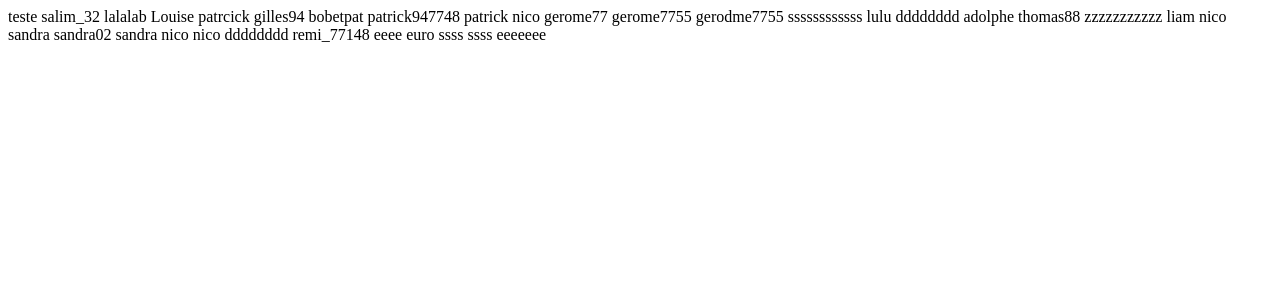
Repository: remi77130/forum
Page: http://localhost/path/
An editor plug-in stored every save of this project. The page is shown before and after the next save, followed by the edit.
The browser window is 1280 px wide. The pictures show the whole page.
The page is run by PHP 8.4 with error messages shown; the project is at /var/www/html/. The database holds what the project's SQL file puts in it.

Above is the page before, as saved 2022-06-27 14:00:00.

### index.php
<!-- Page affichage des membres -->


<?php
session_start(); //pour recup dans la bdd

require('database.php');


?>

<?php

$requser = "SELECT * FROM membres";

$requete = $bdd->query($requser);

// RECUPERE LES DONEES

$articles = $requete->fetchAll();


?>

<section>
<?php foreach($articles as $articles) :?>

    <span><?php echo $articles['pseudo'] ?></span>
    <?php endforeach; ?>
</section>

<?php

### database.php
<?php
try{
    $bdd = new PDO('mysql:host=localhost;dbname=forum;charset=utf8;', 'root', '');
}
catch(Exception $e){

    die('Une erreur à été trouvée : ' . $e->getMessage());
}

### forum.sql (the tables this page reads)
CREATE TABLE `membres` (
  `id` int(11) NOT NULL,
  `pseudo` varchar(255) NOT NULL,
  `mail` varchar(255) NOT NULL,
  `avatar` varchar(255) NOT NULL,
  `mdp` text NOT NULL,
  `age` int(11) NOT NULL,
  `sexe` text NOT NULL,
  `description_profil` text NOT NULL,
  `astrologie` varchar(255) NOT NULL,
  `image_membre` varchar(255) NOT NULL,
  `confirmKey` varchar(255) NOT NULL,
  `confirme` int(1) NOT NULL
) ENGINE=InnoDB DEFAULT CHARSET=utf8mb4;

INSERT INTO `membres` (`id`, `pseudo`, `mail`, `avatar`, `mdp`, `age`, `sexe`, `description_profil`, `astrologie`, `image_membre`, `confirmKey`, `confirme`) VALUES
(53, 'teste ', 'cdnids@gmail.com', '53.jpg', '8cb2237d0679ca88db6464eac60da96345513964', 26, '', ' \r\n                \r\n                \r\n                Bonjour à tous ! :)\r\n                \r\n                         ', 'Bélier', '', '', 0),
(54, 'salim_32', 'fffzzzzfffff@gmail.com', '54.jpg', '8cb2237d0679ca88db6464eac60da96345513964', 32, '', ' Chance est le parcours de coaching personnalisé pour se réinventer professionnellement. En 12 semaines, 100% en ligne, nous vous accompagnons méthodiquement dans la définition et l’aboutissement d’un projet solide aligné avec vos envies et vos besoins.\r\n                 ', 'Bélier', '', '', 0),
(58, 'lalalab', '555555@gmail.com', '', '8cb2237d0679ca88db6464eac60da96345513964', 36, 'Homme', '', '', '', '', 0),
(59, 'Louise ', '55555445@gmail.com', '59.jpg', '8cb2237d0679ca88db6464eac60da96345513964', 26, 'Homme', ' \r\n               Noun Project features the most diverse collection of icons and stock photos ever. Download SVG and PNG. Browse over 3 million art-quality icons and photos.  ', 'Bélier', '', '', 0),
(82, 'patrcick', '155454@gmail.com', '', '8cb2237d0679ca88db6464eac60da96345513964', 89, 'Homme', '', '', '', '', 0),
(83, 'gilles94', 'lelle@gmail.com', '', '8cb2237d0679ca88db6464eac60da96345513964', 56, 'Homme', '', '', '', '', 0),
(90, 'bobetpat', 'bob@gmail.com', '', '8cb2237d0679ca88db6464eac60da96345513964', 23, 'Homme', ' \r\n                 ', 'Bélier', '', '', 0),
(91, 'patrick947748', 'patrick@gmail.com', '91.jpg', '8cb2237d0679ca88db6464eac60da96345513964', 26, 'Homme', ' \r\n                \r\n                \r\n              teste de description       ', 'Bélier', '', '', 0),
(92, 'patrick', 'patrick02@gmail.com', '', '8cb2237d0679ca88db6464eac60da96345513964', 26, 'Homme', '', '', '', '', 0),
(93, 'nico', 'niconico@gmail.com', '', '8cb2237d0679ca88db6464eac60da96345513964', 56, 'Homme', '', '', '', '', 0),
(94, 'gerome77', 'gege@gmail.com', '', '8cb2237d0679ca88db6464eac60da96345513964', 56, 'Homme', '', '', '', '', 0),
(95, 'gerome7755', 'aaaaaaaaaaa@gmail.com', '', '8cb2237d0679ca88db6464eac60da96345513964', 56, 'Homme', '', '', '', '', 0),
(96, 'gerodme7755', 'aaaaadaaaaaa@gmail.com', '', '8cb2237d0679ca88db6464eac60da96345513964', 56, 'Homme', '', '', '', '', 0),
(97, 'ssssssssssss', 'ssssssssss@gmail.com', '', '8cb2237d0679ca88db6464eac60da96345513964', 22, 'Homme', '', '', '', '', 0),
(98, 'lulu', 'lulu@gmail.com', '', '8cb2237d0679ca88db6464eac60da96345513964', 89, 'Homme', '', '', '', '', 0),
(99, 'dddddddd', '56666@gmail.com', '', '8cb2237d0679ca88db6464eac60da96345513964', 26, 'Homme', '', '', '', '', 0),
(100, 'adolphe', 'adolphe@gmail.com', '', '8cb2237d0679ca88db6464eac60da96345513964', 56, 'Homme', '', '', '', '', 0),
(101, 'thomas88', 'tomas@gmail.com', '', '8cb2237d0679ca88db6464eac60da96345513964', 55, 'Homme', '', '', '', '', 0),
(102, 'zzzzzzzzzzz', 'liam@gmail.com', '', '8cb2237d0679ca88db6464eac60da96345513964', 56, 'Homme', '', '', '', '', 0),
(103, 'liam', 'edwardo@gmail.com', '', '8cb2237d0679ca88db6464eac60da96345513964', 33, 'Homme', '', '', '', '', 0),
(104, 'nico', 'test@gmail.com', '', '8cb2237d0679ca88db6464eac60da96345513964', 56, 'Homme', '', '', '', '', 0),
(105, 'sandra', 'sandra@gmail.com', '', '8cb2237d0679ca88db6464eac60da96345513964', 32, 'Homme', '', '', '', '', 0),
(106, 'sandra02', '3232@gmail.com', '', '8cb2237d0679ca88db6464eac60da96345513964', 32, 'Homme', '', '', '', '', 0),
(107, 'sandra', 'ddddd@gmail.com', '', '8cb2237d0679ca88db6464eac60da96345513964', 32, 'Homme', '', '', '', '', 0),
(108, 'nico', 'nicooo@gmail.com', '', '8cb2237d0679ca88db6464eac60da96345513964', 56, 'Homme', '', '', '', '', 0),
(109, 'nico', '2626@gmail.com', '', '8cb2237d0679ca88db6464eac60da96345513964', 26, 'Homme', '', '', '', '', 0),
(110, 'dddddddd', 'paddtrick@gmail.com', '', '8cb2237d0679ca88db6464eac60da96345513964', 56, 'Homme', '', '', '', '', 0),
(111, 'remi_77148', '444444@gmail.com', '', '8cb2237d0679ca88db6464eac60da96345513964', 44, 'Homme', '', '', '', '', 0),
(112, 'eeee', 'eeeeeeeeeee@gmail.com', '', '8cb2237d0679ca88db6464eac60da96345513964', 26, 'Homme', '', '', '', '', 0),
(113, 'euro', 'aaaaaaa@gmail.com', '', '8cb2237d0679ca88db6464eac60da96345513964', 56, 'Homme', '', '', '', '', 0),
(114, 'ssss', 'sssss@gmail.com', '', '8cb2237d0679ca88db6464eac60da96345513964', 9, 'Homme', '', '', '', '', 0),
(115, 'ssss', 'ssqeer@gmail.com', '', '8cb2237d0679ca88db6464eac60da96345513964', 55, 'Homme', '', '', '', '', 0),
(116, 'eeeeeee', 'eeeeeeeeee@gmail.com', '', '8cb2237d0679ca88db6464eac60da96345513964', 23, 'Femme', '', '', '', '', 0);

ALTER TABLE `membres`
  ADD PRIMARY KEY (`id`);

ALTER TABLE `membres`
  MODIFY `id` int(11) NOT NULL AUTO_INCREMENT, AUTO_INCREMENT=117;

After the next save:
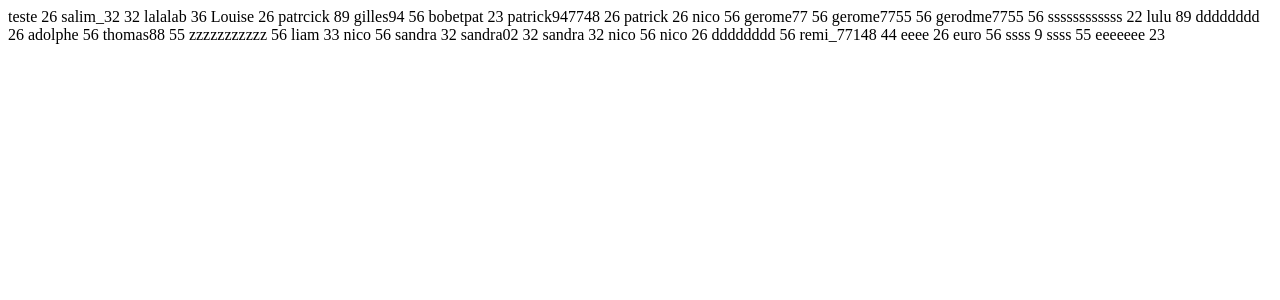
Saved 42 s later.
--- a/index.php
+++ b/index.php
@@ -26,6 +26,8 @@ $articles = $requete->fetchAll();
 <?php foreach($articles as $articles) :?>
 
     <span><?php echo $articles['pseudo'] ?></span>
+    <span><?php echo $articles['age'] ?></span>
+
     <?php endforeach; ?>
 </section>
 
